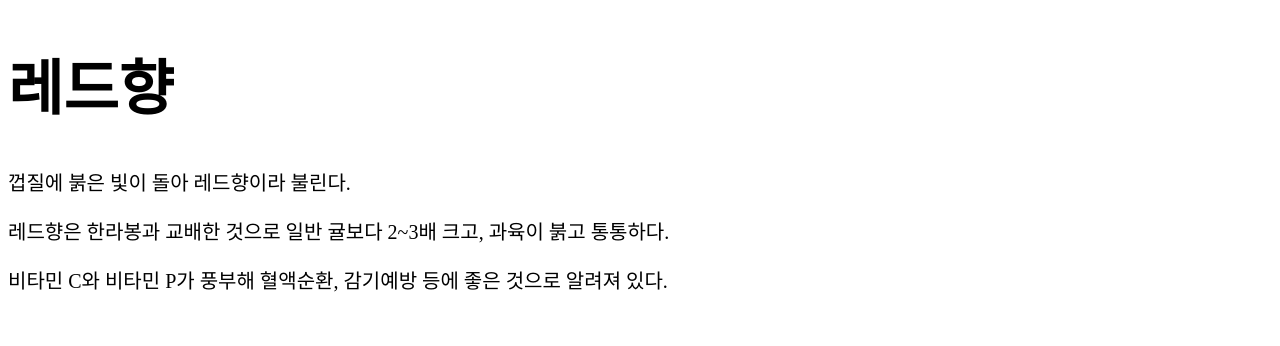
Repository: Kebiskim/2023_WebStudy
Page: 01_css/src/main/webapp/day01/Ex04_FontStyle.html
These files come from the project's save history. The page is drawn as it stood at one moment and after the next save; the edit follows.
The browser window is 1280 px wide. The pictures show the whole page.

Above is the page before, as saved 2023-06-23 02:50:35.

After the next save:
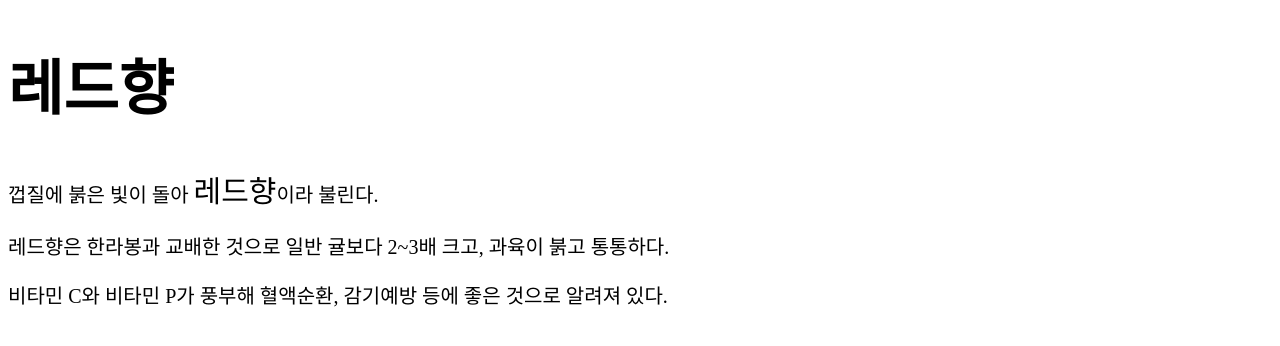
Saved 14 s later.
--- a/01_css/src/main/webapp/day01/Ex04_FontStyle.html
+++ b/01_css/src/main/webapp/day01/Ex04_FontStyle.html
@@ -32,7 +32,7 @@
  	font-size:3em;
  }
  span.accent{
- 	/* font-size:150%; */
+ 	font-size:150%;
  	font-weight:
  }
 
